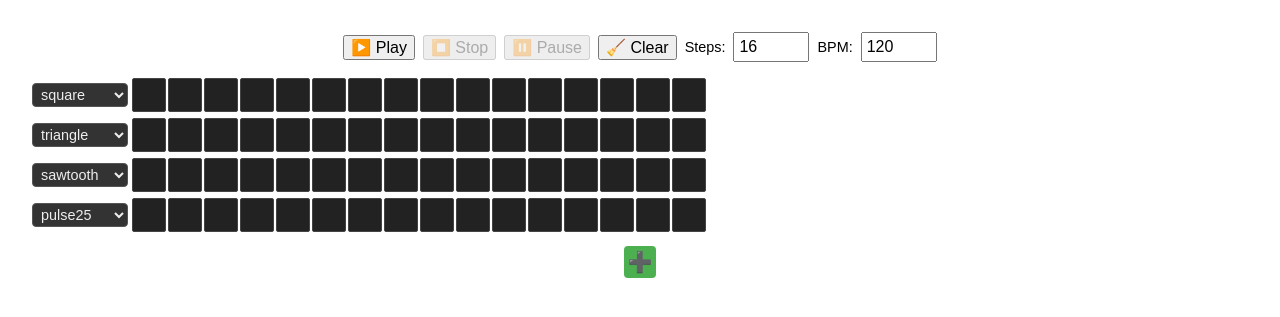
Repository: Aldentec/8-bit-Composer
Page: index.html
These files come from the project's save history. The page is drawn as it stood at one moment and after the next save; the edit follows.
The browser window is 1280 px wide. The pictures show the whole page.
Some web libraries are served in a nearby version.

Above is the page before, as saved 2025-05-28 09:54:14.

### index.html
<!DOCTYPE html>
<html lang="en">
<head>
  <meta charset="UTF-8">
  <title>8-Bit Composer</title>
  <link rel="stylesheet" href="style.css">
</head>
<body>
    <div id="controls">
        <button id="play">▶️ Play</button>
        <button id="stop">⏹️ Stop</button>
        <button id="pause">⏸️ Pause</button>
        <button id="clear">🧹 Clear</button>

        <label for="steps-input">Steps:</label>
        <input id="steps-input" type="number" min="1" value="16" style="width:4rem;">

        <label for="bpm-input">BPM:</label>
        <input id="bpm-input" type="number" min="1" max="300" value="120" style="width:4rem;">
    </div>

  <div id="grid"></div>

  <!-- Tone.js as global, then our modules -->
  <script src="node_modules/tone/build/Tone.js"></script>
  <script type="module" src="js/main.js"></script>
</body>
</html>

### style.css
body {
  font-family: sans-serif;
  margin: 2rem;
  text-align: center;
}

/* style.css */

/* 1) Don’t center each row in the container — align them to the start */
#grid {
  display: flex;
  flex-direction: column;
  align-items: flex-start;
  gap: 6px;
  overflow-x: auto;
  padding-bottom: 0.5rem;
}


/* 2) Each row: dropdown + cells in one grid,
      with a small column gap only between columns */
.grid-row {
  display: grid;
  align-items: center;
  /* first column auto-width (dropdown), then STEPS × 2rem */
  /* grid-template-columns is still set inline in initGrid() */
  column-gap: 4px;            /* <-- only 4px between dropdown/cells */
  /* remove any generic 'gap' here if you still have it */
}

.add-row {
  width: 2rem;
  height: 2rem;
  margin: 0.5rem auto 0;   /* center horizontally, small top gap */
  background: #4caf50;
  color: white;
  font-size: 1.25rem;
  display: flex;
  align-items: center;
  justify-content: center;
  border-radius: 4px;
  cursor: pointer;
}
.add-row:hover {
  background: #66bb6a;
}

/* 3) Style for the dropdown stays the same, e.g.: */
.instrument-select {
  width: 6rem;
  padding: 2px 4px;
  font-size: 0.9rem;
  border: 1px solid #555;
  border-radius: 4px;
  background: #333;
  color: #eee;
}

/* 4) Cells also same */
.cell {
    position: relative;
  font-size: 0.6rem;
  line-height: 1rem;
  display: flex;
  align-items: center;
  justify-content: center;
  width: 2rem;
  height: 2rem;
  background: #222;
  border: 1px solid #444;
  border-radius: 2px;
  cursor: pointer;
  transition: background 0.2s;
}
.cell.active { background: #4caf50; }
.cell:hover  { background: #555; }

/* controls row */
#controls {
  display: flex;
  gap: 0.5rem;
  align-items: center;
  justify-content: center;
  margin-bottom: 1rem;
}
#controls button,
#controls input,
#controls select {
  font-size: 1rem;
}
#controls label {
  user-select: none;
  font-size: 0.9rem;
}
#controls input[type="number"] {
  padding: 0.25rem;
  font-size: 1rem;
}

### js/main.js
// js/main.js

import {
  initGrid,
  clearGrid,
  INSTRUMENT_OPTIONS
} from './grid.js';
import { createVoices }      from './voices.js';
import { initSequencer }     from './sequencer.js';

document.addEventListener('DOMContentLoaded', () => {
  // 1) Initial rows: pick your first four defaults from the full options
  let instrumentNames = INSTRUMENT_OPTIONS.slice(0, 4);

  // 2) UI controls
  const playBtn  = document.getElementById('play');
  const pauseBtn = document.getElementById('pause');
  const stopBtn  = document.getElementById('stop');
  const clearBtn = document.getElementById('clear');
  const stepsIn  = document.getElementById('steps-input');
  const bpmIn    = document.getElementById('bpm-input');

  let voices = [];  // will hold our trigger functions

  // 3) Build or rebuild the grid + sequencer
  function build(steps, bpm) {
    // a) draw the grid (dropdowns + cells)
    initGrid('grid', instrumentNames, steps);

    // b) create voices in the same order as rows
    voices = createVoices(instrumentNames);

    // c) reset the Transport
    Tone.Transport.stop();
    Tone.Transport.cancel();
    Tone.Transport.position = 0;
    Tone.Transport.bpm.value = bpm;

    // d) schedule the sequencer
    initSequencer(voices);

    // e) button state reset
    playBtn.disabled  = false;
    pauseBtn.disabled = true;
    stopBtn.disabled  = true;
  }

  // 4) Initial build (16 steps @ 120 BPM)
  build(Number(stepsIn.value), Number(bpmIn.value));

  // 5) Play / Pause / Stop / Clear
  playBtn.addEventListener('click', async () => {
    await Tone.start();
    Tone.Transport.stop();
    Tone.Transport.position = 0;
    Tone.Transport.start();
    playBtn.disabled  = true;
    pauseBtn.disabled = false;
    stopBtn.disabled  = false;
  });

  pauseBtn.addEventListener('click', () => {
    Tone.Transport.pause();
    playBtn.disabled  = false;
    pauseBtn.disabled = true;
    stopBtn.disabled  = false;
  });

  stopBtn.addEventListener('click', () => {
    Tone.Transport.stop();
    Tone.Transport.position = 0;
    playBtn.disabled  = false;
    pauseBtn.disabled = true;
    stopBtn.disabled  = true;
  });

  clearBtn.addEventListener('click', () => {
    clearGrid();
    Tone.Transport.stop();
    Tone.Transport.position = 0;
    playBtn.disabled  = false;
    pauseBtn.disabled = true;
    stopBtn.disabled  = true;
  });

  // 6) Steps change → rebuild everything
  stepsIn.addEventListener('change', () => {
    const s = Math.max(1, Number(stepsIn.value) || 1);
    build(s, Number(bpmIn.value));
  });

  // 7) BPM change → live tempo update
  bpmIn.addEventListener('change', () => {
    const b = Math.max(1, Math.min(300, Number(bpmIn.value) || 120));
    Tone.Transport.bpm.value = b;
  });

  document.addEventListener('addRowClicked', () => {
    // append a new row with default instrument
    instrumentNames.push(INSTRUMENT_OPTIONS[0]);
    // rebuild grid & sequencer
    build(Number(stepsIn.value), Number(bpmIn.value));
  });

  // 8) Instrument dropdown change → update that row’s voice only
  document.addEventListener('instrumentChanged', ({ detail: { row, type } }) => {
    // update the array
    instrumentNames[row] = type;

    // rebuild voices to reflect the new type
    voices = createVoices(instrumentNames);

    // re-schedule the transport so new voice takes effect
    Tone.Transport.stop();
    Tone.Transport.cancel();
    Tone.Transport.position = 0;
    initSequencer(voices);
  });
});

### js/grid.js
// js/grid.js

// Sequencer dimensions and state (set in initGrid)
export let STEPS     = 16;
export let CHANNELS  = 0;
export let gridState = [];   // boolean on/off per [row][step]
export let noteState = [];   // note string per [row][step]

/**
 * A master list of all available instrument types for the dropdowns.
 */
export const INSTRUMENT_OPTIONS = [
  'square','triangle','sawtooth','pulse25','pulse50','pulse75',
  'fmsynth','amsynth','metal','membrane','noise-white','noise-pink',
  'drum-kick','drum-snare','drum-tom','drum-hat'
];

/**
 * Renders a scrollable sequencer grid with:
 *  • a dropdown per row for instrument selection
 *  • left-click toggles a cell on/off, stamping it with its note (default "C4")
 *  • right-click prompts to edit that cell’s note
 *  • a “➕” button below to add more rows
 *
 * Preserves existing gridState/noteState when rows or steps change.
 *
 * @param {string} containerId       id of the <div> to fill
 * @param {string[]} instrumentTypes initial instrument type per row
 * @param {number} steps             number of columns
 */
export function initGrid(containerId, instrumentTypes = [], steps = 16) {
  // Keep old data to merge
  const oldGrid = gridState;
  const oldNotes = noteState;
  const oldRows = oldGrid.length;
  const oldCols = oldGrid[0]?.length || 0;

  CHANNELS = instrumentTypes.length;
  STEPS    = steps;

  // Build new gridState merging old values
  gridState = Array.from({ length: CHANNELS }, (_, r) =>
    Array.from({ length: STEPS }, (_, c) =>
      r < oldRows && c < oldCols ? oldGrid[r][c] : false
    )
  );
  // Build new noteState merging old notes, defaulting to "C4"
  noteState = Array.from({ length: CHANNELS }, (_, r) =>
    Array.from({ length: STEPS }, (_, c) =>
      r < oldRows && c < oldCols ? oldNotes[r][c] : 'C4'
    )
  );

  const container = document.getElementById(containerId);
  container.innerHTML = '';

  instrumentTypes.forEach((initialType, row) => {
    const rowEl = document.createElement('div');
    rowEl.className = 'grid-row';
    rowEl.style.gridTemplateColumns = `auto repeat(${STEPS}, 2rem)`;

    // Instrument dropdown
    const select = document.createElement('select');
    select.className = 'instrument-select';
    INSTRUMENT_OPTIONS.forEach(type => {
      const opt = document.createElement('option');
      opt.value = type;
      opt.textContent = type;
      if (type === initialType) opt.selected = true;
      select.append(opt);
    });
    select.addEventListener('change', e => {
      document.dispatchEvent(new CustomEvent('instrumentChanged', {
        detail: { row, type: e.target.value }
      }));
    });
    rowEl.append(select);

    // Sequencer cells
    for (let step = 0; step < STEPS; step++) {
      const cell = document.createElement('div');
      cell.className = 'cell';
      cell.dataset.row  = row;
      cell.dataset.step = step;
      // Restore UI if previously active
      if (gridState[row][step]) {
        cell.classList.add('active');
        cell.textContent = noteState[row][step];
      }

      // Left-click: toggle and stamp note
      cell.addEventListener('click', () => {
        if (!gridState[row][step]) {
          gridState[row][step] = true;
          cell.classList.add('active');
          cell.textContent = noteState[row][step];
        } else {
          gridState[row][step] = false;
          cell.classList.remove('active');
          cell.textContent = '';
        }
      });

      // Right-click: prompt to edit the note
      cell.addEventListener('contextmenu', e => {
        e.preventDefault();
        const current = noteState[row][step];
        const newNote = prompt('Enter note (e.g. C4, A#3):', current);
        if (newNote) {
          noteState[row][step] = newNote;
          if (gridState[row][step]) {
            cell.textContent = newNote;
          }
        }
      });

      rowEl.append(cell);
    }

    container.append(rowEl);
  });

  // “➕” Add-row button below the grid
  const addRowEl = document.createElement('div');
  addRowEl.className = 'add-row';
  addRowEl.textContent = '➕';
  addRowEl.title = 'Add a row';
  addRowEl.addEventListener('click', () => {
    document.dispatchEvent(new Event('addRowClicked'));
  });
  container.append(addRowEl);
}

/**
 * Clears all active steps in both state and UI.
 */
export function clearGrid() {
  gridState.forEach(rowArr => rowArr.fill(false));
  document.querySelectorAll('.cell.active').forEach(cell => {
    cell.classList.remove('active');
    cell.textContent = '';
  });
}

### js/voices.js
// js/voices.js

/**
 * Given an array of instrument‐type strings, returns
 * a trigger function for each row that takes (time, note).
 */
export function createVoices(instrumentTypes) {
  const env = { attack: 0.01, decay: 0.1, sustain: 0.5, release: 0.1 };

  return instrumentTypes.map(type => {
    switch (type) {
      // Basic synth voices use the passed-in note
      case 'square':
        return (time, note) => {
          new Tone.Synth({
            oscillator: { type: 'square' },
            envelope: env
          })
            .toDestination()
            .triggerAttackRelease(note, '16n', time);
        };

      case 'triangle':
        return (time, note) => {
          new Tone.Synth({
            oscillator: { type: 'triangle' },
            envelope: env
          })
            .toDestination()
            .triggerAttackRelease(note, '16n', time);
        };

      case 'sawtooth':
        return (time, note) => {
          new Tone.Synth({
            oscillator: { type: 'sawtooth' },
            envelope: env
          })
            .toDestination()
            .triggerAttackRelease(note, '16n', time);
        };

      case 'pulse25':
      case 'pulse50':
      case 'pulse75': {
        const width = type === 'pulse25' ? 0.25
                    : type === 'pulse50' ? 0.5
                    : 0.75;
        return (time, note) => {
          new Tone.Synth({
            oscillator: { type: 'pulse', width },
            envelope: env
          })
            .toDestination()
            .triggerAttackRelease(note, '16n', time);
        };
      }

      // More complex synths
      case 'fmsynth':
        return (time, note) => {
          new Tone.FMSynth({ modulationIndex: 12, envelope: env })
            .toDestination()
            .triggerAttackRelease(note, '16n', time);
        };

      case 'amsynth':
        return (time, note) => {
          new Tone.AMSynth({ harmonicity: 3, envelope: env })
            .toDestination()
            .triggerAttackRelease(note, '16n', time);
        };

      case 'metal':
        return (time, note) => {
          new Tone.MetalSynth({ envelope: env })
            .toDestination()
            .triggerAttackRelease(note, '16n', time);
        };

      case 'membrane':
        return (time, note) => {
          new Tone.MembraneSynth({
            envelope: { attack: 0.001, decay: 0.4, sustain: 0, release: 1 }
          })
            .toDestination()
            // for membrane synth we’ll still use the note, defaulting to C2 if none
            .triggerAttackRelease(note || 'C2', '8n', time);
        };

      // Noise synth ignores pitch
      case 'noise-white':
      case 'noise-pink': {
        const noiseType = type.split('-')[1];
        return (time/*, note*/) => {
          new Tone.NoiseSynth({
            noise: { type: noiseType },
            envelope: { attack: 0.001, decay: 0.2, sustain: 0 }
          })
            .toDestination()
            .triggerAttackRelease('16n', time);
        };
      }

      // Drum voices ignore the note argument
      case 'drum-kick':
      case 'drum-tom':
        return (time/*, note*/) => {
          new Tone.MembraneSynth({
            pitchDecay: 0.05,
            octaves: 10,
            envelope: { attack: 0.001, decay: 0.4, sustain: 0, release: 1 }
          })
            .toDestination()
            .triggerAttackRelease(
              type === 'drum-kick' ? 'C2' : 'C3',
              '8n',
              time
            );
        };

      case 'drum-snare':
      case 'drum-hat':
        return (time/*, note*/) => {
          new Tone.NoiseSynth({
            noise: { type: type === 'drum-snare' ? 'white' : 'pink' },
            envelope: { attack: 0.001, decay: 0.2, sustain: 0 }
          })
            .toDestination()
            .triggerAttackRelease('16n', time);
        };

      // Fallback: no sound
      default:
        return () => {};
    }
  });
}

### js/sequencer.js
// js/sequencer.js

import { STEPS, gridState, noteState } from './grid.js';

let repeatId = null;

/**
 * Initializes the sequencer:
 *  - Sets the Transport BPM
 *  - Clears any existing schedule
 *  - Schedules a 16th-note repeat that:
 *      • computes the current step
 *      • checks gridState[row][step]
 *      • if active, calls trigger(time, noteState[row][step])
 *
 * @param {Function[]} voices  Array of (time, note) => void trigger functions
 * @param {number} bpm         Tempo in beats per minute
 */
export function initSequencer(voices, bpm = 120) {
  // 1) set tempo
  Tone.Transport.bpm.value = bpm;

  // 2) clear any existing scheduled callback
  if (repeatId !== null) {
    Tone.Transport.clear(repeatId);
    repeatId = null;
  }

  // 3) schedule a single repeat on 16th notes
  repeatId = Tone.Transport.scheduleRepeat((time) => {
    // compute current step based on ticks
    const step = Math.floor(Tone.Transport.ticks / (Tone.Transport.PPQ / 4)) % STEPS;

    voices.forEach((trigger, row) => {
      if (gridState[row][step]) {
        const note = noteState[row][step];
        trigger(time, note);
      }
    });
  }, '16n');
}

/**
 * Binds a Play/Pause toggle to a button.
 * @param {string} buttonId  ID of the button element
 */
export function bindPlayButton(buttonId) {
  const btn = document.getElementById(buttonId);
  btn.textContent = '▶️ Play';
  btn.addEventListener('click', async () => {
    await Tone.start();
    if (Tone.Transport.state === 'started') {
      Tone.Transport.stop();
      btn.textContent = '▶️ Play';
    } else {
      Tone.Transport.start();
      btn.textContent = '⏸️ Pause';
    }
  });
}

After the next save:
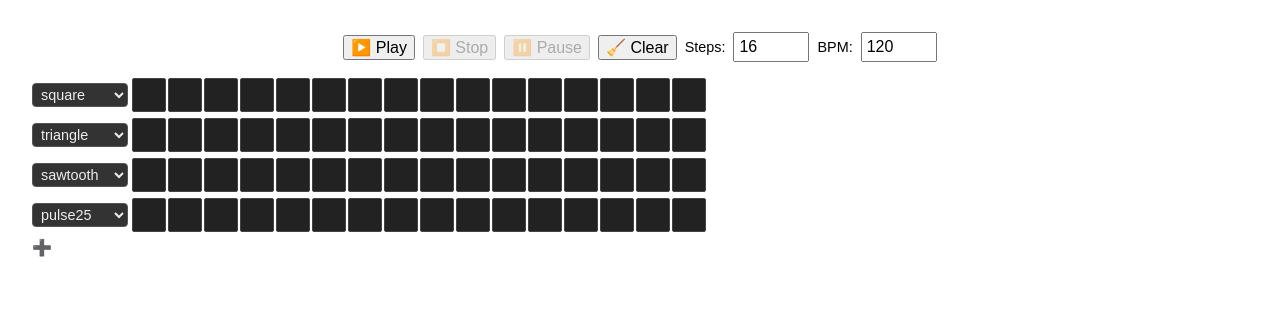
Saved 2 min 34 s later.
--- a/style.css
+++ b/style.css
@@ -26,23 +26,6 @@ body {
   /* grid-template-columns is still set inline in initGrid() */
   column-gap: 4px;            /* <-- only 4px between dropdown/cells */
   /* remove any generic 'gap' here if you still have it */
-}
-
-.add-row {
-  width: 2rem;
-  height: 2rem;
-  margin: 0.5rem auto 0;   /* center horizontally, small top gap */
-  background: #4caf50;
-  color: white;
-  font-size: 1.25rem;
-  display: flex;
-  align-items: center;
-  justify-content: center;
-  border-radius: 4px;
-  cursor: pointer;
-}
-.add-row:hover {
-  background: #66bb6a;
 }
 
 /* 3) Style for the dropdown stays the same, e.g.: */
